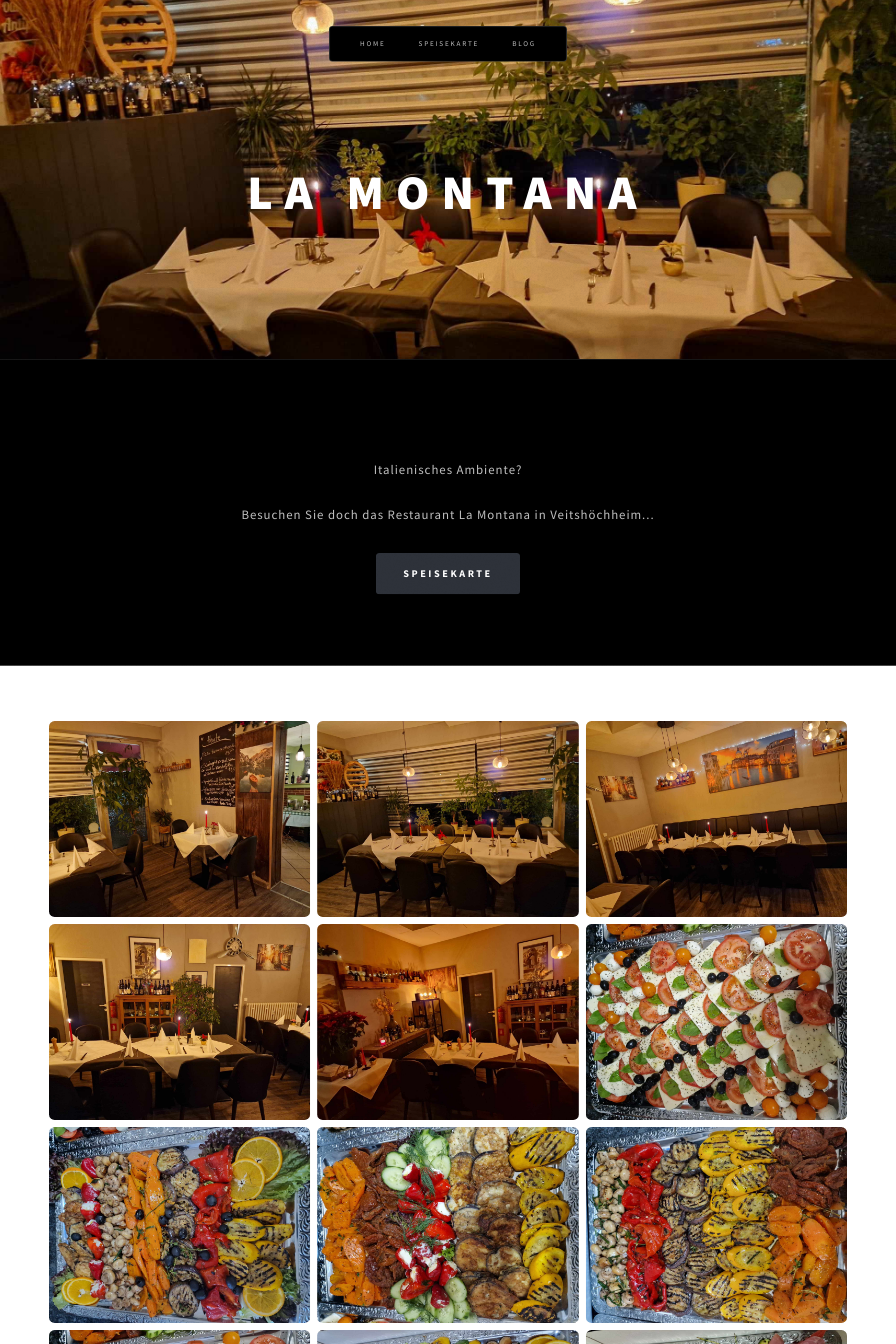
Repository: restaurantlamontana/restaurantlamontana.github.io
Page: index.html
An editor plug-in stored every save of this project. The page is shown before and after the next save, followed by the edit.
The browser window is 1280 px wide. The pictures show the part of the page from y = 0 to 1920 px (the page is 3167 px tall), at 70% of full size.

Above is the page before, as saved 2024-07-14 20:19:32.

### index.html
<!DOCTYPE html>
<html>
  <head>
    <title>La Montana</title>
    <meta charset="utf-8" />
    <meta
      name="viewport"
      content="width=device-width, initial-scale=1, user-scalable=no"
    />
    <link rel="stylesheet" href="assets/css/main.css" />
  </head>
  <body class="homepage is-preload">
    <div id="page-wrapper">
      <!-- Header -->
      <section id="header" class="wrapper">
        <!-- Logo -->
        <div id="logo">
          <h1 style="font-size: 69px;"><a href="index.html">La Montana</a></h1>
        </div>

        <!-- Nav -->
        <nav id="nav">
          <ul class="toplinks">
            <li class="current"><a href="index.html">Home</a></li>
            <li><a href="assets/Speisekarte_Scan.pdf" target="_blank">Speisekarte</a></li>
            <li><a href="blog.html">Blog</a></li>
          </ul>
        </nav>
      </section>

      <!-- Intro -->
      <section id="intro" class="wrapper style1">
        <div class="container">
			<br><br><br><br>
			<p class="style1">Italienisches Ambiente?</p>
			<br>
          <p class="style1">Besuchen Sie doch das Restaurant La Montana in Veitshöchheim...</p>
          <ul class="actions">
            <li><a href="assets/Speisekarte_Scan.pdf" target="_blank" class="button style3 large">Speisekarte</a></li>
          </ul>
        </div>
      </section>

	  <!-- Image Grid -->
      <section class="wrapper">
        <div class="container">
          <div class="image-grid">
			<img src="images/IMG_3203.JPG">
            <img src="images/IMG_3204.JPG">
            <img src="images/IMG_3205.JPG">
			<img src="images/IMG_3206.JPG">
			<img src="images/IMG_3207.JPG">
            <img src="images/IMG_3199.JPG">
			<img src="images/IMG_3200.JPG">
            <img src="images/IMG_3201.JPG">
            <img src="images/IMG_3202.JPG">
			<img src="images/IMG_3199.JPG">
			<img src="images/IMG_3194.JPG">
            <img src="images/IMG_3195.JPG">
            <img src="images/IMG_3196.JPG">
            <img src="images/IMG_3197.JPG">
            <img src="images/IMG_3198.JPG">
          </div>
        </div>
      </section>

      <!-- Footer -->
      <section id="footer" class="wrapper">
		<div class="container">
			<header class="style1">
				<h2>Öffnungszeiten</h2>
				<p>
					Montag - Ruhetag <br />
					Dienstag bis Sonntag - 11:00 - 14:00 und 17:00 - 23:00 Uhr
				</p>
			</header>
			</div>
			<div class="flex-container">
				<div class="flex-item">
					<h3 class="icon solid fa-home">   Standort</h3>
					<p style="color: white;">
						Stifterstrasse 14<br />
						97209 Veitshöchheim<br />
					</p>
				</div>
				<div class="flex-item">
					<h3 class="icon solid fa-envelope">   Email</h3>
					<p>
						<a href="mailto:lamontana2019@gmail.com">lamontana2019@gmail.com</a>
					</p>
				</div>
				<div class="flex-item">
					<h3 class="icon solid fa-phone">   Telefon</h3>
					<p style="color: white;">0931-4529111</p>
				</div>
				</div>
		</div>
	</section>
	<!-- jQuery for burger menu toggle (only for mobile) -->
	<script src="https://code.jquery.com/jquery-3.6.0.min.js"></script>
	<script>
	  $(document).ready(function() {
		$('.menu-icon').click(function() {
		  $('#nav ul.toplinks').toggleClass('active');
		});
	  });
	</script>
</body>
</html>

Loaded but not shown: assets/css/fontawesome-all.min.css (library); assets/css/main.css (3122 lines, source omitted)

After the next save:
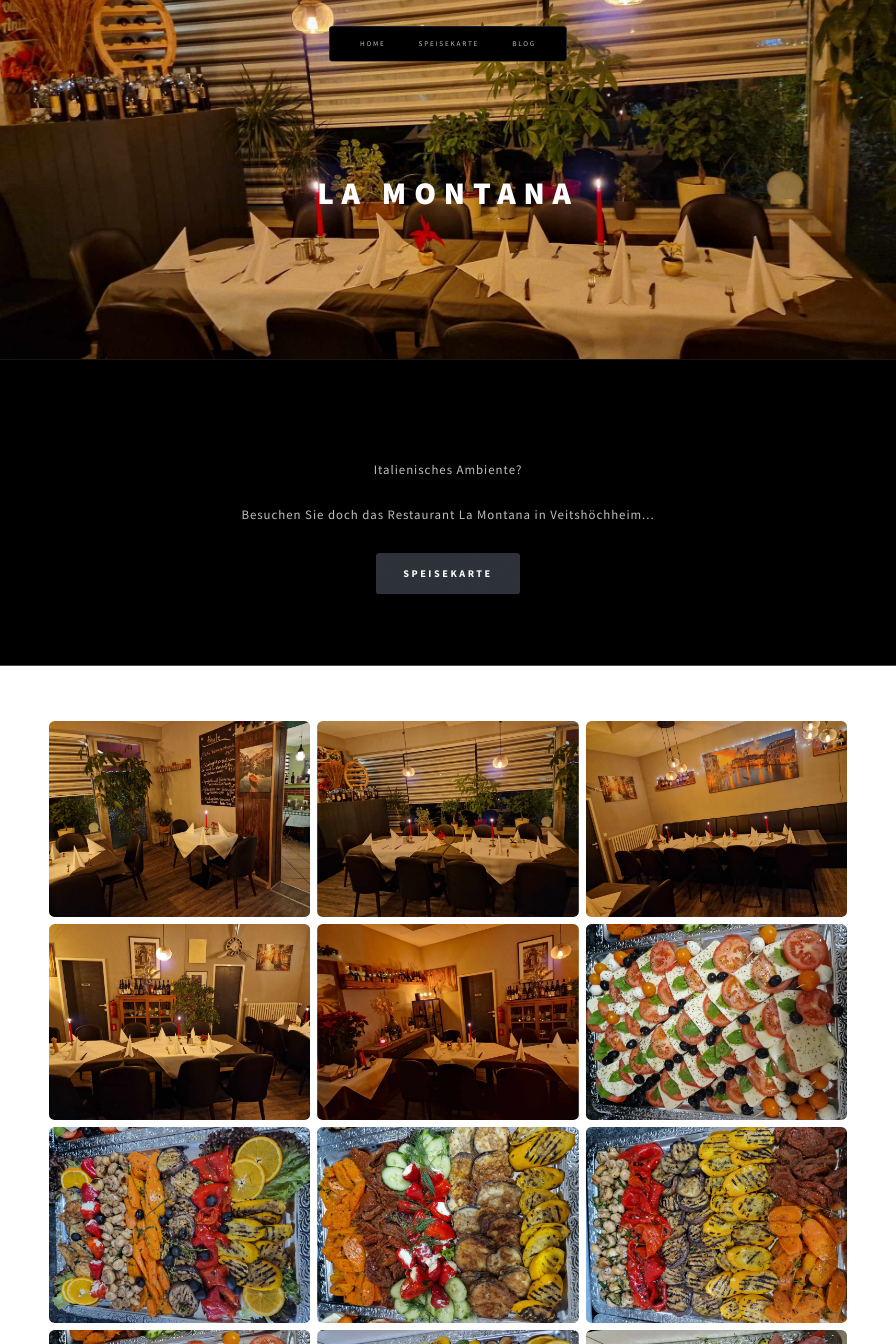
Saved 26 s later.
--- a/index.html
+++ b/index.html
@@ -15,7 +15,7 @@
       <section id="header" class="wrapper">
         <!-- Logo -->
         <div id="logo">
-          <h1 style="font-size: 69px;"><a href="index.html">La Montana</a></h1>
+          <h1 style="font-size: 45px;"><a href="index.html">La Montana</a></h1>
         </div>
 
         <!-- Nav -->
